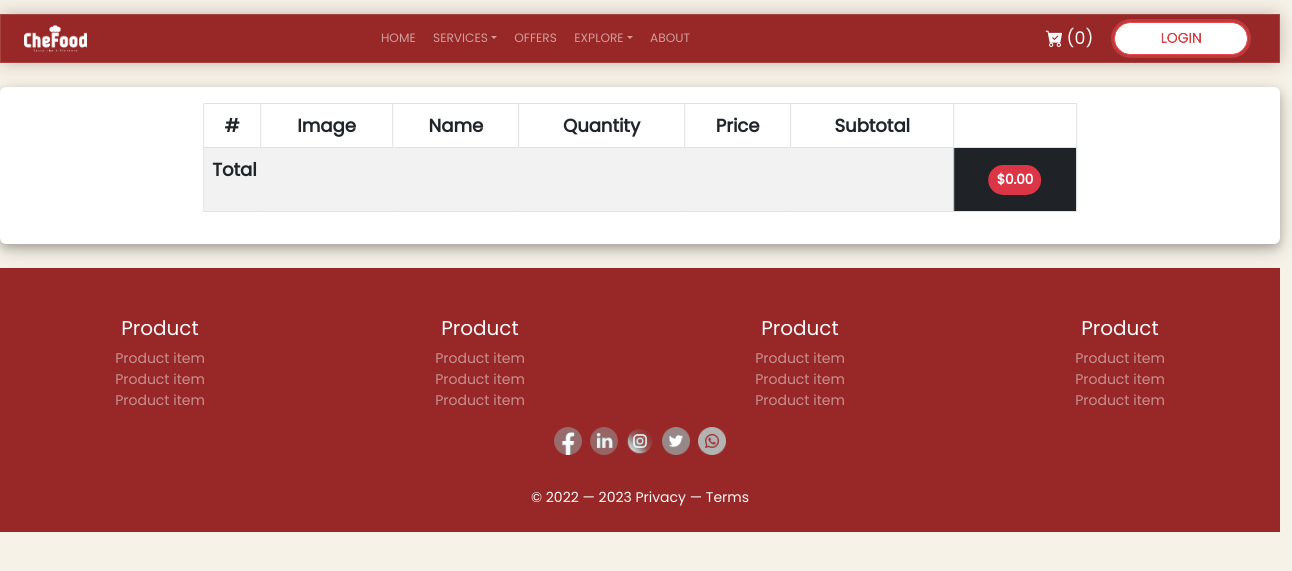
Repository: qamchamine/chefood
Page: /cart (app in front-end/)
The author's editor kept a copy of each file at every save. The page is drawn from the files as they stood at one save, then again after a run of saves.
The browser window is 1280 px wide. The page is 1292 px wide, so the pictures cover 1292 px, including what lies to the right of the window. The pictures show the whole page.
The project was rebuilt for these pictures with package versions that can differ from the ones it lists, and the page was loaded fresh each time. Some packages were replaced by stand-ins written for this rebuild. Also part of the build but not shown: front-end/src/css/products.css, front-end/src/components/small_components/ProductCard.jsx, front-end/src/components/small_components/AddProduct.jsx, front-end/src/components/pages/sub-pages/Products.jsx, front-end/src/components/small_components/ButtonMain.jsx, front-end/src/components/small_components/HomeCard.jsx, front-end/src/components/small_components/HomeCardFullSection.jsx, front-end/src/components/pages/Home.jsx and 34 more. Imported but missing from the stored project, and not drawn on this page: front-end/src/sounds/applause.mp3, front-end/src/sounds/wheel.mp3.

Above is the page before, as saved 2023-06-25 20:04:58.

### front-end/public/index.html
<!DOCTYPE html>
<html lang="en">
  <head>
    <meta charset="utf-8" />
    <link rel="icon" href="%PUBLIC_URL%/favicon.ico" />
    <meta name="viewport" content="width=device-width, initial-scale=1" />
    <meta name="theme-color" content="#000000" />
    <meta
      name="description"
      content="Web site created using create-react-app"
    />
    <link
    rel="stylesheet"
    href="https://fonts.googleapis.com/css?family=Roboto:400,700"
  />
  <link rel="stylesheet" href="https://cdn.jsdelivr.net/npm/bootstrap-icons@1.10.5/font/bootstrap-icons.css">

    <link rel="apple-touch-icon" href="%PUBLIC_URL%/logo192.png" />
    <link rel="manifest" href="%PUBLIC_URL%/manifest.json" />

    <link rel="stylesheet" href="https://fonts.googleapis.com/icon?family=Material+Icons">

    <link rel="stylesheet" href="https://maxcdn.bootstrapcdn.com/font-awesome/4.7.0/css/font-awesome.min.css">
    <script src="https://code.jquery.com/jquery-3.5.1.min.js"></script>
    <script src="https://cdn.jsdelivr.net/npm/popper.js@1.16.0/dist/umd/popper.min.js"></script>




    <title>React App</title>
  </head>
  <body>

    <div id="root"></div>
<!--     <script src="jquery/jquery-3.6.0.js"></script>  -->
    <script src="https://unpkg.com/sweetalert/dist/sweetalert.min.js"></script>

  </body>
</html>

### front-end/src/config/ShoppingContext.jsx

  import React, { createContext, useState, useEffect } from 'react';
  import Swal from 'sweetalert2'
  import axios from 'axios';

   const ShoppingContext = createContext();

const ShoppingProvider = ({ children }) => {
/*     const [orders,setOrders] = useState([])
     */

/*       function removeFromCart(item){
        setCartItems(cartItems.filter(product => product.id !== item.id));
        Swal.fire({
          position: 'top-end',
          icon: 'success',
          title: 'Your item has been removed',
          showConfirmButton: false,
          timer: 1500
        });
      } */

      return (
    <ShoppingContext.Provider value={
        { /* orders,setOrders */
          /* products,  cartItems, removeFromCart */
        }
      }>      {children}
    </ShoppingContext.Provider>
  );
};
export { ShoppingContext, ShoppingProvider }

### front-end/src/components/Footer.jsx
import React, { useEffect } from 'react'

import Facebook from '../images/icons/facebook.png'
import Linkedin from '../images/icons/linkedin.png'
import Instagram from '../images/icons/instagram.png'
import Twitter from '../images/icons/twitter.png'
import Whatsapp from '../images/icons/whatsapp.png'
import './../css/nav-footer.css';
export default function Footer() {

    return (
        <div className='footer container-fluid' style={{ background: '#982727' }}>
            <footer className=' py-2 pt-5 d-grid text-light'>
                <div className='row justify-content-around text-center '>
                    <div className='d-grid col-6 col-sm-12 col-md-6 col-lg-4 col-xl-3'>
                        <h5>Product</h5>
                        <a className='text-decoration-none text-light opacity-50' href="">Product item</a>
                        <a className='text-decoration-none text-light opacity-50' href="">Product item</a>
                        <a className='text-decoration-none text-light opacity-50' href="">Product item</a>
                    </div>
                    <div className='d-grid col-6 col-sm-12 col-md-6 col-lg-4 col-xl-3'>
                        <h5>Product</h5>
                        <a className='text-decoration-none text-light opacity-50' href="">Product item</a>
                        <a className='text-decoration-none text-light opacity-50' href="">Product item</a>
                        <a className='text-decoration-none text-light opacity-50' href="">Product item</a>
                    </div>
                    <div className='d-grid col-6 col-sm-12 col-md-6 col-lg-4 col-xl-3'>
                        <h5>Product</h5>
                        <a className='text-decoration-none text-light opacity-50' href="">Product item</a>
                        <a className='text-decoration-none text-light opacity-50' href="">Product item</a>
                        <a className='text-decoration-none text-light opacity-50' href="">Product item</a>
                    </div>
                    <div className='d-grid col-6 col-sm-12 col-md-6 col-lg-4 col-xl-3'>
                        <h5>Product</h5>
                        <a className='text-decoration-none text-light opacity-50' href="">Product item</a>
                        <a className='text-decoration-none text-light opacity-50' href="">Product item</a>
                        <a className='text-decoration-none text-light opacity-50' href="">Product item</a>
                    </div>
                </div>
                <div className='footer-icons row justify-content-center py-3 '>
                    <div className='d-flex gap-2 justify-content-center'>
                        <a href=""> <img src={Facebook} className='footer-icon' alt="" /> </a>
                        <a href=""> <img src={Linkedin} className='footer-icon' alt="" /> </a>
                        <a href=""> <img src={Instagram} className='footer-icon' alt="" /> </a>
                        <a href=""> <img src={Twitter} className='footer-icon' alt="" /> </a>
                        <a href=""> <img src={Whatsapp} className='footer-icon' alt="" /> </a>

                    </div>
                </div>
                <div className='row justify-content-center py-3'>
                    © 2022 — 2023 Privacy — Terms
                </div>
            </footer>
        </div>

    )
}

### front-end/src/components/small_components/shopping/Cart.jsx
import React,{useContext ,useEffect, useState} from 'react';
import axios from 'axios';
import '../../../css/cart.css'
import { ShoppingContext } from '../../../config/ShoppingContext';
import { LoginContext } from '../../../config/LoginContext';
import { getProd } from '../../pages/sub-pages/Products';
export default function Cart() {
    const {orders, setOrders} = useContext(LoginContext);
    const {prod, setProd} = useContext(LoginContext);
    const {userData, setUserData} = useContext(LoginContext);
    const {isLoggedIn} = useContext(LoginContext);
    const {loading, setLoading} = useContext(LoginContext);
    const [userOrders, setUserOrders] = useState([]);

/* useEffect(() => {
  setUserOrders(orders.filter(el=>el.user_id === 1))

  console.log(userOrders);
},[]); */

    return (
        <div className="row my-4 cart-page">
            <div className="col-md-12">
                <div className="card">
                    <div className="card-body">
                        <table className="table table-hover table-striped ajouterPanierTable table-bordered">
                            <thead >
                                <tr>
                                    <th >#</th>
                                    <th >Image</th>
                                    <th >Name</th>
                                    <th >Quantity</th>
                                    <th >Price</th>
                                    <th>Subtotal</th>
                                    <th ></th>
                                </tr>
                            </thead>
                            <tbody>
                            { isLoggedIn?orders.map((item,i) => (
                                    <tr key={item.id}>

                                        <th scope="row">{i+1}</th>
                                        <td>
                {/*                             <img src={require(`../../../images/products/${prod.find(el=>el.id==item.product_id).category} (${prod.find((el,i)=>el.id===item.product_id).img}).png`)} alt={item.product_name}
                                                className="img-fluid rounded"
                                                width={60} height={60} /> */}
                                        </td>
                                        <td>{item.product_name}</td>
                                        <td>

                                            <b className="mx-2">
                                                {item.product_quantity}
                                            </b>

                                        </td>
                                        <td>{prod.find((el,i)=>el.id===item.product_id).price} <b>MAD</b> </td>
                                       <td>{(item.product_quantity * prod.find((el,i)=>el.id===item.product_id).price).toFixed(2)} MAD</td>
                                        <td>
                                            <i
                                                className="bi bi-cart-x text-danger"
                                                style={{cursor: 'pointer'}}
                                          /*       onClick={() => removeFromCart(item)} */
                                            ></i>
                                        </td>
                                    </tr>
                                )): ''
                            }
                            <tr>
                                <th colSpan={6} className="text-start">
                                    Total
                                </th>
                                <th colSpan={1} className=" bg-dark py-3">
                                    <span className="badge bg-danger text-center p-2 rounded-pill ">
                                        $
                                        {
                                            orders.reduce((acc,item) => acc += item.product_quantity * prod.find((el,i)=>el.id===item.product_id).price,0).toFixed(2)
                                        }
                                    </span>
                                </th>
                            </tr>
                            </tbody>
                        </table>
                    </div>
                </div>
            </div>
        </div>
    )
}

### front-end/src/css/home.css
.homeBG {
    height: fit-content;
    position: relative;
    right: -10%;
    top: 34%;
    z-index: -1;
    width: 100em !important;


}
@font-face {
    font-family: 'poppin';
    src: url('../fonts/Poppins/Poppins-Regular.ttf') ;
    font-weight: normal;
    font-style: normal;
  }
body {
    font-family:'poppin', sans-serif !important;
    background-color: #F7F2E7 !important;
    max-width: 100vw;
    font-weight: normal !important;
    overflow-x: hidden;
    font-size: 14px !important;
}

body::-webkit-scrollbar {
    width: 0;
}

.nb {
/*     position: fixed; */
/*     top: 1em; */
    background-color: #982727 !important;
    box-shadow: 0 0px 20px #1f020241;
    border: 1px solid #ffffff22;
}

.navbar {
    background-color: #982727 !important;
}

.changeColor {
    background-color: blue !important;
}

.signUP {
    background: white !important;
    color: #982727 !important;
    font-weight: bold !important;
    outline: 5px solid #982727ab;
    outline-offset: -2px;
    transition: 500ms ease;


}

.homeContent {
    height: 90vh;
    z-index: 0;
    margin-top: -1.5em !important;
}

.homeContent h1 {
    color: #F7F2E7;
    text-align: start;
width: 40vw !important;
}

.homeContent h1 span {
    position: relative;
    display: inline-block;
    margin-bottom: 10px;
    padding: 4px 20px 8px;
    transition: 1s ease;
}

.homeContent h1 span::before {
    content: '';
    position: absolute;
    background: #982727;
    left: 0;
    top: 0;
    z-index: -1;
    width: 100%;
    height: 100%;
    transform: skew(-10deg);
}

.homeContent h1 span:last-child::before {
    transform: skew(10deg);
}

.homeContent p {
    width: 72%;
    color: #982727;
    text-align: left;
}

.homeContent .homeMainButtons {
    width: 72%;
}

.cardBtn {
    transition: 1s ease;
}

.cardBtn:hover {
    filter: brightness(130%);

}

.cardBtn i {
    left: 63%;
    transition: 300ms ease;
}

.cardBtn:hover i {
    left: 75%;
}

.btnMain:hover {
    filter: brightness(130%);
}

.card-img-top {
    object-fit: cover;
}

.signUP:hover {

    background: #982727 !important;
    color: white !important;
    font-weight: bold !important;
    outline: 5px solid #ffffff55;
    outline-offset: -4px;
}

.cardsGroup:not(:first-child) {
    translate: 50% 0;
}

.arrow-1-1 {
    position: absolute;
    top: 50%;
    left: 0;
}

.home .carousel-control-prev-icon,
.home .carousel-control-next-icon {

    width: 1.3em;
    height: 1.3em;
    color:black !important;

    outline: 12px solid #982929;
    outline-offset: -1px;
    background-color: #982929;
    background-size: 100%, 100%;
    border-radius: 50%;
    box-shadow: 0 0 10px black;
}

.home .carousel-control-prev,
.home .carousel-control-next {
    z-index: 10;
    width: 4em !important;
/*     background: red; */

}

/* .py-4 {
    padding-top: 0rem !important;
    padding-bottom: 0rem !important;
} */

.nb{
    zoom:87%;
}

### front-end/src/css/cart.css
.ajouterPanierTable td{
    font-size: .9em;
    width: fit-content !important;
    text-align: center;
}
.ajouterPanierTable th{
    width: fit-content !important;
    text-align: center;
}
.ajouterPanierTable {
width: 70% !important;
position: relative;
left: 50%;
translate: -50% 0;
}
.cart-page .card {

}

### front-end/src/css/Reviews.css
.Reviews-color
{
  color : #982727;
  text-transform: uppercase;
  letter-spacing: 0.5em;
}
.Reviews-paragraph
{
  font-size: 0.8em;
}
.parent-card{
    margin-top:50px !important;
}
.card
{
    border: none !important;
    box-shadow: 0 4px 8px 0 rgba(0, 0, 0, 0.2), 0 6px 20px 0 rgba(0, 0, 0, 0.19);
}
.user-name
{
    color : #000D7E;
}
.description
{
    color: #982727;
    font-size: 0.75em;
}
.comment{
    margin:5px;
    font-size:0.55em;
}
.reviewCardImage{
    margin-top:16px;
}
.reviewCard:hover .reviewCardImage{
    scale:1.2;
    margin-inline:.3em;
}
.reviewCard:hover .reviewCardImage{
    transition:300ms ease;
}
.reviewCard:hover .hoverstar{
    scale:1.2;
    margin-inline:.3em;
}
.reviewCard .hoverstar{
    transition:300ms ease;
}
.reviewCardImage{
    width:40%;
    transition:300ms ease;
}

.reviewCard strong{
    left:50%;
    translate:-50% 0;
    width:100%;
    bottom:.9em;
}

.the-bottom-page{
    margin-top:25px;
    position: absolute;
    left: auto;
    right: 0;
}

@media (max-width: 1200px) { /* Extra large devices (large desktops, 1200px and up) */
    .card {
      width: 100%;
    }
    .col-4 {
      width: 33.33333333%;
    }
    strong img{
        width: 19px;
    }
  }
  @media (max-width: 1118px) { /* Large devices (desktops, 992px and up) */
    .card {
      width: 100%;
    }
    .col-4 {
        width: 33.33333333%;
    }
    strong img{
        width: 16px;
    }
  }
  @media (max-width: 992px) { /* Medium devices (tablets, 768px and up) */
    .card {
        width: 140%;
    }
  }
  @media (max-width: 770px) { /* Medium devices (tablets, 768px and up) */
    .card {
        width: 95%;
    }
    .col-4 {
        width: 25% !important;
    }
    .parent-card
    {
        --bs-gutter-x: 0.5rem;
        display: grid !important;
        grid-template-columns: repeat(2, 1fr);
    }
    .col-4 {
        margin-top:10px !important;
        width: 60% !important;
    }
  }
  @media (max-width: 716px) { /* Small devices (landscape phones, 576px and up) */

    .card {
        width: 95%;
    }
        strong img{
        width: 16px;
    }
  }
  @media only screen and (max-width: 576px){ /* Small devices (landscape phones, 576px and up) */

    .card {
        width: 95%;
    }
    .col-md-2 {
        flex: 0 0 16.666667%;
        max-width: 16.666667%;
    }
    strong img{
        width: 16px;
    }
  }

  @media only screen and (max-width: 528px){ /* Small devices (landscape phones, 576px and up) */

    .card {
        width: 70%;
        margin-left:30px;
    }
    .parent-card
    {
        --bs-gutter-x: 0.5rem;
        display: grid !important;
        grid-template-columns: repeat(1, 1fr);
    }
    .col-md-2 {
        flex: 0 0 16.666667%;
        max-width: 16.666667%;
    }
    strong img{
        width: 16px;
    }
  }

  @media only screen and (max-width: 365px){ /* Small devices (landscape phones, 576px and up) */

    .card {
        width: 80%;
        margin-left:20px;
    }
    .parent-card
    {
        --bs-gutter-x: 0.5rem;
        display: grid !important;
        grid-template-columns: repeat(1, 1fr);
    }
    .col-md-2 {
        flex: 0 0 16.666667%;
        max-width: 16.666667%;
    }
    strong img{
        width: 16px;
    }
  }

### front-end/src/css/location.css
@import url('https://fonts.googleapis.com/css2?family=Roboto:wght@100&display=swap');

.location-color
{
  color : #982727;
  text-transform: uppercase;
  letter-spacing: 0.3em;
}
.where-restorant
{
    width: 459px;
    margin:auto;
}
.restorant-location-title{
    font-family: 'Century Gothic';
    font-size:32px;
    font-weight:400;
}
.restorant-location-line{
    background:#B12222;
    height: 3px;
    width: 450px;
    display: inline-block;
    margin: 15px auto;
}
.restorant-location-p
{
    color:#000000 75%;
    font-size: 15px;
    font-weight: 400;
    font-family: 'Roboto', sans-serif;
}
.main-location{
    display: grid !important;
    grid-template-columns: repeat(2, 1fr);
    flex-direction: column;
    justify-content: center;
    align-items: center;
    text-align:center;
}
.restorant-location-btn{
    background-color: #B12222;
    border: none;
    width: 300px;
    height: 40px;
    border-radius: 15px;
    color: #fff;
}
.restorant-location-btn:hover{
    background-color: #fff;
    border: 2px solid #B12222;
    border-radius: 15px;
    color: #B12222;
}
.location-icon{
    margin-right: 15px;
}


  @media (max-width: 1123px) { /* Extra large devices (large desktops, 1200px and up) */
    .earth-image img{
        width: 450px;
    }
  }
  @media (max-width: 992px) { /* Medium devices (tablets, 768px and up) */
    .earth-image img{
        width: 400px;
    }
    .where-restorant {
        width: 400px;
        margin: auto;
    }
    .restorant-location-line{
        width: 350px;
        display: inline-block;
    }
  }
  @media (max-width: 868px) { /* Medium devices (tablets, 768px and up) */

    .earth-image img{
        width: 380px;
    }
    .where-restorant {
        width: 380px;
        margin: auto;
    }
    .restorant-location-line{
        width: 320px;
        display: inline-block;
    }
    .restorant-location-p{
        font-size: 13px;
    }
    .restorant-location-title{
        font-size:28px;
    }

  }
  @media (max-width: 783px) { /* Small devices (landscape phones, 576px and up) */
    .earth-image img{
        margin-top: 30px;
        width: 380px;
    }
    .where-restorant {
        width: 380px;
        margin: auto;
    }
    .restorant-location-line{
        width: 320px;
        display: inline-block;
    }
    .restorant-location-p{
        font-size: 15px;
    }
    .restorant-location-title{
        font-size:32px;
    }
    .main-location{
        display: grid !important;
        grid-template-columns: repeat(1, 1fr);
        justify-items: center;
        text-align:center;
    }
  }
  @media(max-width: 401px){ /* Small devices (landscape phones, 576px and up) */
    .earth-image img{
        width: 330px;
        margin-top: 30px;
    }
    .where-restorant {
        width: 330px;
        margin: auto;
    }
    .restorant-location-line{
        width: 320px;
        display: inline-block;
    }
    .restorant-location-p{
        font-size: 13px;
    }
    .restorant-location-title{
        font-size:28px;
    }
    .main-location{
        display: grid !important;
        grid-template-columns: repeat(1, 1fr);
        justify-items: center;
        text-align:center;
    }
  }

### front-end/src/css/contactus.css
@import url('https://fonts.googleapis.com/css2?family=Inter:wght@200;400&family=Quattrocento+Sans&family=Roboto&display=swap');

.contactus-color{
    color : #982727;
    text-transform: uppercase;
    letter-spacing: 0.3em;
}
.image-contactus img{
    height: 620px;
}
.main-contactus{
    display: grid !important;
    grid-template-columns: repeat(2, 1fr);
    justify-items: center;
}
.message-information-send{
    width:auto;
    margin:auto;
}
.message-information-send label
{
    margin:25px 0 10px 0;
    font-family: 'Inter';
    font-style: normal;
    font-weight: 400;
    font-size: 13px;
    line-height: 26px;
    color: #692C2C;
}
.message-information-send input{
    padding:3px 15px;
    margin:15 0px;
    Width:425px;
    Height:56px;
    background: #F7F2E7;
    border: 2px solid #982727;
    border-radius: 5px;
}
.message-information-send {
    outline: none;
}
.message-information-send textarea{
    padding:15px;
    Width:425px;
    Height:220px;
    background: #F7F2E7;
    border: 2px solid #982727;
    border-radius: 5px;
}
.message-information-send textarea,input::placeholder{
    font-family: 'Inter';
    font-style: normal;
    font-weight: 200;
    font-size: 12px;
}
.message-information-send input,textarea:focus-visible{
    outline: none;
}
.send-contact-btn{
    margin-top: 14px;
    background-color: #B12222;
    border: none;
    width: 425px;
    height: 40px;
    border-radius: 15px;
    color: #fff;
    font-family: 'Roboto';
    font-style: normal;
    font-weight: 500;
    font-size: 19px;
}
.send-icon{
    margin-right:15px;
}
.send-contact-btn:hover{
    background-color: #fff;
    border: 2px solid #B12222;
    border-radius: 15px;
    color: #B12222;
}









  @media (max-width: 1118px) { /* Large devices (desktops, 992px and up) */
    .image-contactus img{
        height: 620px;
        width:550px;
    }

    .message-information-send input{
        width:325px;
    }
    .message-information-send textarea{
        width:325px;
    }
    .send-contact-btn{
        width:325px;
    }
  }
  @media (max-width: 992px) { /* Medium devices (tablets, 768px and up) */
    .image-contactus img{
        margin: auto;
        height: 550px;
        width:450px;
    }
    .message-information-send{
        margin-right:50px;
    }
    .message-information-send input{
        width:325px;
    }
    .message-information-send textarea{
        width:325px;
    }
    .send-contact-btn{
        width:325px;
    }
  }
  @media (max-width: 881px) { /* Medium devices (tablets, 768px and up) */
    .image-contactus img{
        margin: auto;
        height: 550px;
        width:450px;
    }
    .main-contactus{
        display: grid !important;
        grid-template-columns: repeat(1, 1fr);
        flex-direction: column;
        justify-content: center;
        align-items: center;
    }
    .message-information-send{
        margin:auto;
    }
    .message-information-send input{
        width: 425px;
    }
    .message-information-send textarea{
        width: 425px;
    }
    .send-contact-btn{
        width: 425px;
    }
  }


  @media only screen and (max-width: 467px){ /* Small devices (landscape phones, 576px and up) */

    .image-contactus img{
        margin: auto;
        height: 500px;
        width:330px;
    }
    .main-contactus{
        display: grid !important;
        grid-template-columns: repeat(1, 1fr);
        justify-items: center;
    }
    .message-information-send{
        margin:auto;
    }
    .message-information-send input{
        width: 325px;
    }
    .message-information-send textarea{
        width: 325px;
    }
    .send-contact-btn{
        width: 325px;
    }

  }

### front-end/src/css/Timer.css

@import url(https://fonts.googleapis.com/css?family=Titillium+Web:400,200,200italic,300,300italic,900,700italic,700,600italic,600,400italic);

/* .timer {
  font-family: 'Titillium Web', cursive;
  width: 800px;
  margin: 0 auto;
  text-align: center;
  color: white;
  background: #222;
  font-weight: 100;
} */

.timer {
  display: inline-flex;
  line-height: 1;
  padding: 20px;
  font-size: 40px;
  font-family: 'Times New Roman', cursive;


}
.timerD{
    border-radius: 2px;
    padding: 5px;
    font-size: 10px;
    border: 70px rgb(131, 55, 55);
    box-shadow:2px 2px 4px rgba(0, 0, 0, 0.4), 4px 4px 8px rgba(0, 0, 0, 0.2);
}

.Stime {
  display: block;
  font-size: 20px;
  color: rgb(206, 178, 19);

}

#days {
  font-size: 80px;
  color: rgb(92, 25, 5);
  background-color:rgb(230, 230, 234);

  margin: 15px;
}
#hours {
  font-size: 80px;
  color: rgb(92, 25, 5);
  background-color:rgb(230, 230, 234);
  margin: 15px;
}
#minutes {
  font-size: 80px;

  color: rgb(92, 25, 5);
  background-color:rgb(230, 230, 234);
  margin: 15px;
}
#seconds {
  font-size: 80px;
  color: rgb(92, 25, 5);
  background-color:rgb(230, 230, 234);
  margin: 15px;
}

Loaded but not shown: front-end/src/index.css (common file); front-end/src/config/LoginContext.js (93 lines, source omitted); front-end/src/App.js (42 lines, source omitted); front-end/src/index.js (24 lines, source omitted); front-end/src/css/reservation.css (400 lines, source omitted); front-end/src/components/Navbar.jsx (179 lines, source omitted); front-end/src/css/nav-footer.css (258 lines, source omitted)

After the next 3 saves:
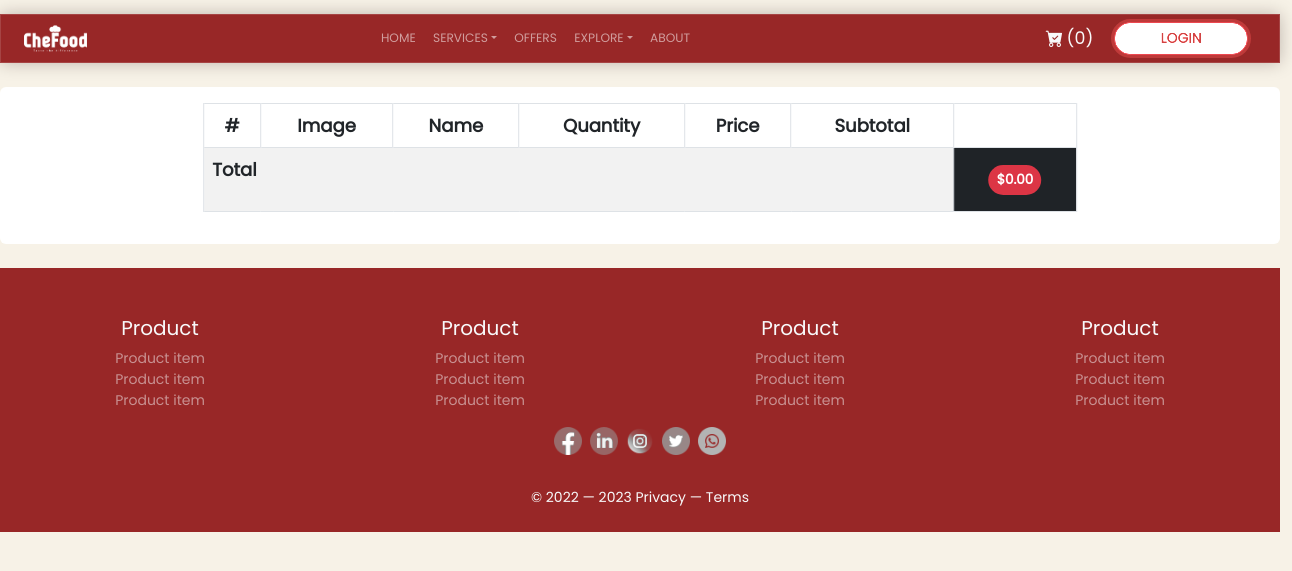
The 3 saves are shown as one change because they came seconds apart.
The last was saved 9 s later.
--- a/front-end/src/css/cart.css
+++ b/front-end/src/css/cart.css
@@ -14,5 +14,5 @@ left: 50%;
 translate: -50% 0;
 }
 .cart-page .card {
-
+    box-shadow:none;
 }
